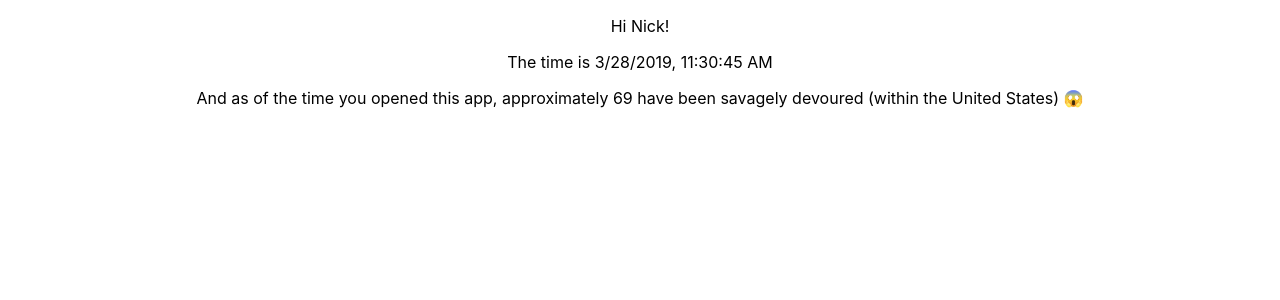
Repository: crispinonicky/gummy-facts
Page: /
The author's editor kept a copy of each file at every save. The page is drawn from the files as they stood at one save, then again after a run of saves.
The browser window is 1280 px wide. The pictures show the whole page.
The project was rebuilt for these pictures with package versions that can differ from the ones it lists, and the page was loaded fresh each time.

Above is the page before, as saved 2019-03-28 13:09:12.

### src/App.js
import React, { Component } from 'react';
import './App.css';
import Clock from './components/Clock';
import Gummies from './components/Gummies';


class App extends Component {
  constructor(props){
    super(props)

    this.state = {
      name: "Nick"
    }

  }



  render() {
    return (
      <div className="App">


      <p>
        Hi {this.state.name}!
      </p>

        <Clock />
        <Gummies />


      </div>
    );
  }
}

export default App;

### src/components/Clock.js
import React, { Component } from "react";
import "../App.css";

let time = new Date().toLocaleString();
let timeInt = parseInt(time).toString

class Clock extends React.Component {
  constructor(props) {

    super(props)
    this.state = {
      time: new Date().toLocaleString(),
    };
  }

  componentDidMount() {
    this.intervalID = setInterval(
      () => this.tick(),
      1000
    )
  }

  componentWillUnmount() {
    clearInterval(this.intervalID);
  }

  tick() {
    this.setState({
      time: new Date().toLocaleString()
    });
  }

  render() {
    return (
      <div>
      <p>
        The time is {this.state.time}
      </p>
      </div>
    );
  }
}

console.log(typeof time)



export default Clock;

### src/components/Gummies.js
import React, { Component } from "react";
import "../App.css";

let time = new Date().toLocaleString();
let gummies = 69

class Gummies extends React.Component {
  constructor(props) {

    super(props)
    this.state = {
      time: new Date().toLocaleString(),
    };
  }

  componentDidMount() {
    this.intervalID = setInterval(
      () => this.tick(),
      1000
    )
  }

  componentWillUnmount() {
    clearInterval(this.intervalID);
  }

  tick() {
    this.setState({
      time: new Date().toLocaleString()
    });
  }

  render() {
    return (
      <div>
      <p>
        And as of the time you opened this app, approximately {gummies} have
        been savagely devoured (within the United States) 😱
      </p>
      </div>
    );
  }
}

console.log(typeof time)



export default Gummies;

Loaded but not shown: public/index.html (common file); src/index.js (common file); src/index.css (common file); src/serviceWorker.js (common file); src/App.css (common file)

After the next 3 saves:
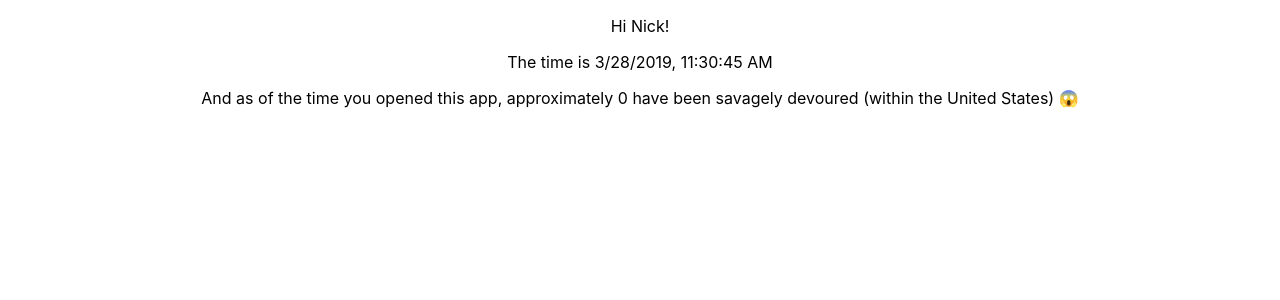
The 3 saves are shown as one change because 1 did not build or start and some came seconds apart.
The last was saved 75 s later.
--- a/src/components/Gummies.js
+++ b/src/components/Gummies.js
@@ -1,15 +1,15 @@
 import React, { Component } from "react";
 import "../App.css";
 
-let time = new Date().toLocaleString();
-let gummies = 69
+// let time = new Date().toLocaleString();
+let gummies = 0
 
 class Gummies extends React.Component {
   constructor(props) {
 
     super(props)
     this.state = {
-      time: new Date().toLocaleString(),
+      gummies: 0
     };
   }
 
@@ -26,7 +26,7 @@ class Gummies extends React.Component {
 
   tick() {
     this.setState({
-      time: new Date().toLocaleString()
+      gummies: new Date().toLocaleString()
     });
   }
 
